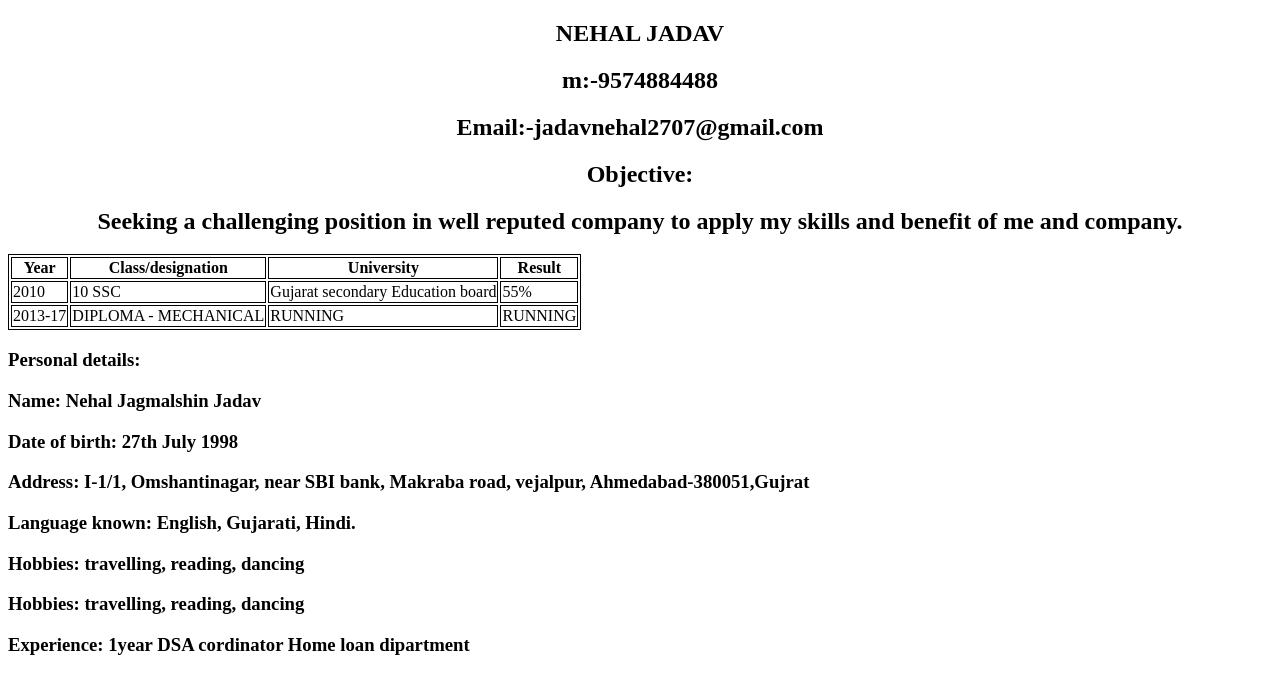
Repository: pratixa-chauhan/practice
Page: resume.html
These files come from the project's save history. The page is drawn as it stood at one moment and after the next save; the edit follows.
The browser window is 1280 px wide. The pictures show the whole page.

Above is the page before, as saved 2021-12-21 01:34:34.

After the next save:
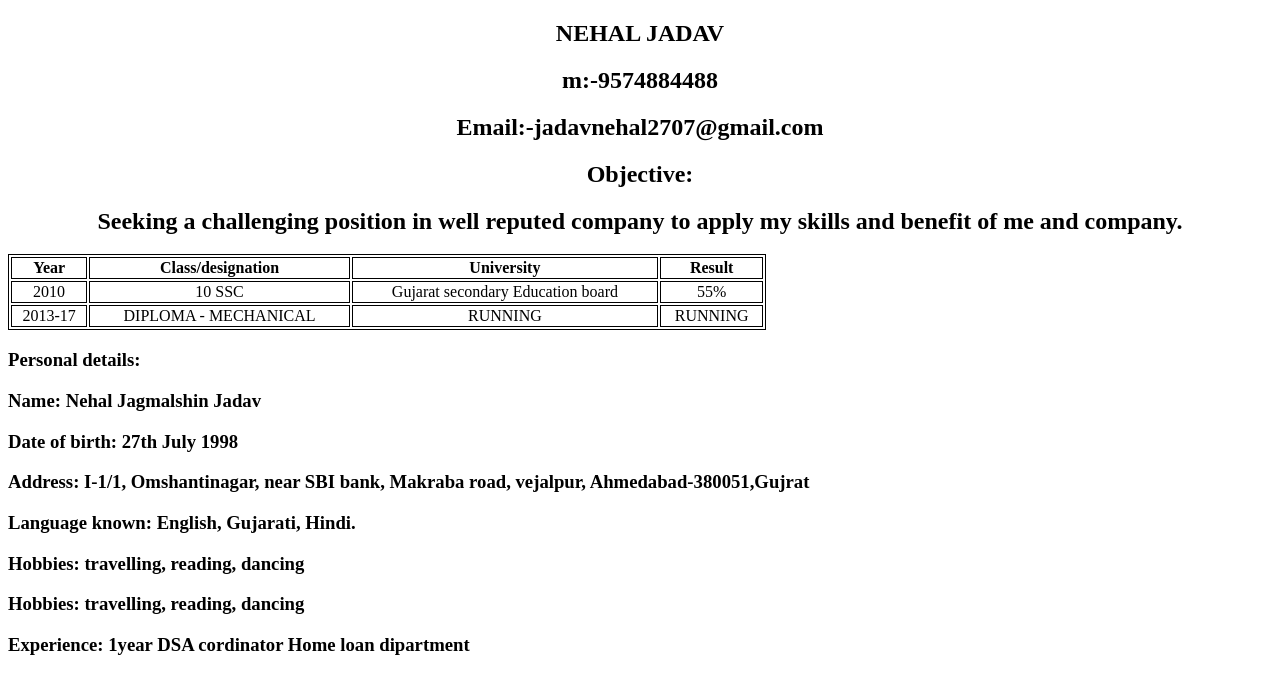
Saved 43 s later.
--- a/resume.html
+++ b/resume.html
@@ -28,14 +28,14 @@
 </tr>
     <style>
         table, th, td {
-          border:1px solid black;
+          border:1px solid black;text-align: center;
         }
         </style>
         <body>
 
 
 
-        <table style="width:60% text-align: center;">
+        <table style="width:60% ">
           <tr>
             <th>Year</th>
             <th>Class/designation</th>
